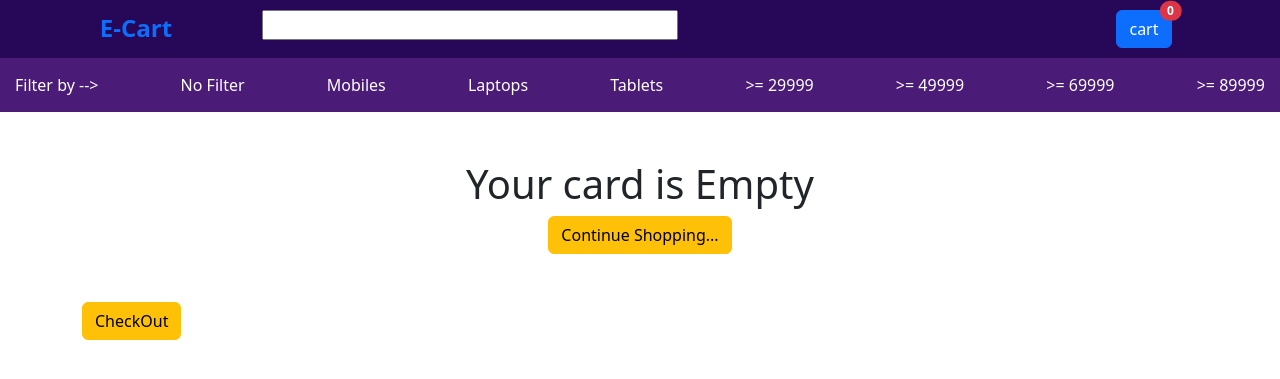
Repository: AMIT1439027/React-ECommerce-cart
Page: /cart
An editor plug-in stored every save of this project. The page is shown before and after the next save, followed by the edit.
The browser window is 1280 px wide. The pictures show the whole page.
The project was rebuilt for these pictures with package versions that can differ from the ones it lists, and the page was loaded fresh each time. Also part of the build but not shown: vite.config.js, src/components/Product.jsx, src/components/ProductDetail.jsx, src/components/Searchitem.jsx.

Above is the page before, as saved 2024-03-14 10:46:41.

After the next save:
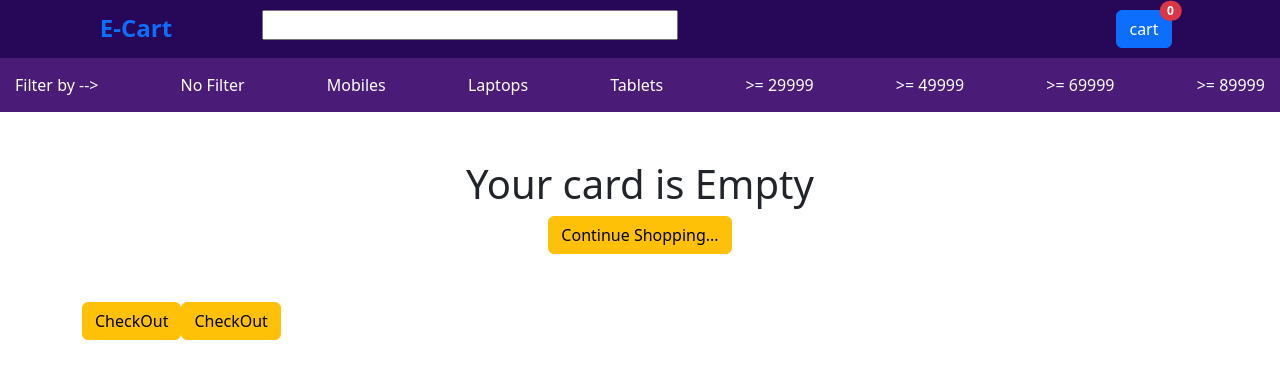
Saved 11 s later.
--- a/src/components/Cart.jsx
+++ b/src/components/Cart.jsx
@@ -45,6 +45,7 @@ const Cart = ({ cart, setCart }) => {
 
       <div className="container">
         <button className="btn btn-warning">CheckOut</button>
+        <button className="btn btn-warning">CheckOut</button>
       </div>
     </>
   );
